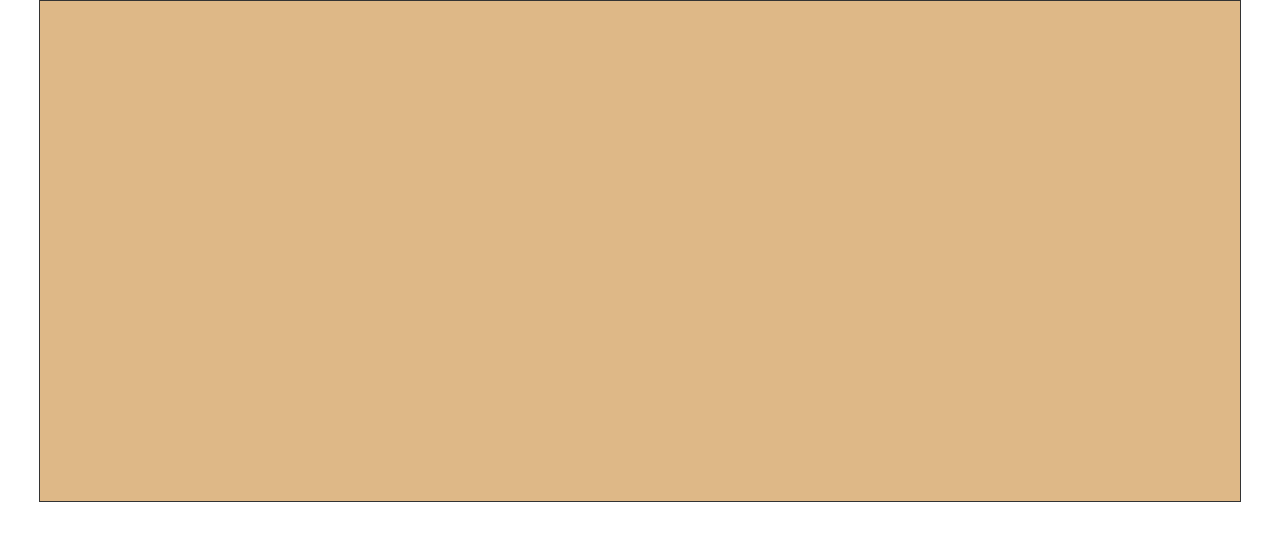
Repository: huangshaomo/study-notes
Page: webpack5/test.html
The author's editor kept a copy of each file at every save. The page is drawn from the files as they stood at one save, then again after the next save.
The browser window is 1280 px wide. The pictures show the whole page.

Above is the page before, as saved 2021-01-06 15:58:38.

After the next save:
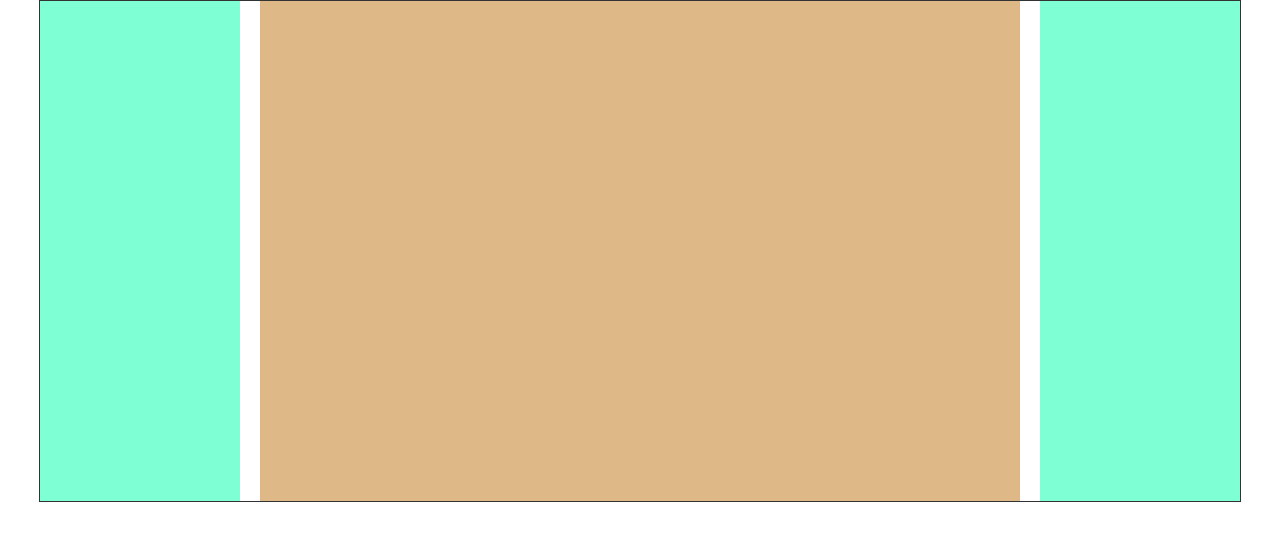
Saved 20 s later.
--- a/webpack5/test.html
+++ b/webpack5/test.html
@@ -15,8 +15,8 @@
 </head>
 <body>
     <div class="box">
-        <!-- <div class="slide left"></div> -->
-        <!-- <div class="slide right"></div> -->
+        <div class="slide left"></div>
+        <div class="slide right"></div>
         <div class="content"></div>
     </div>
 </body>
